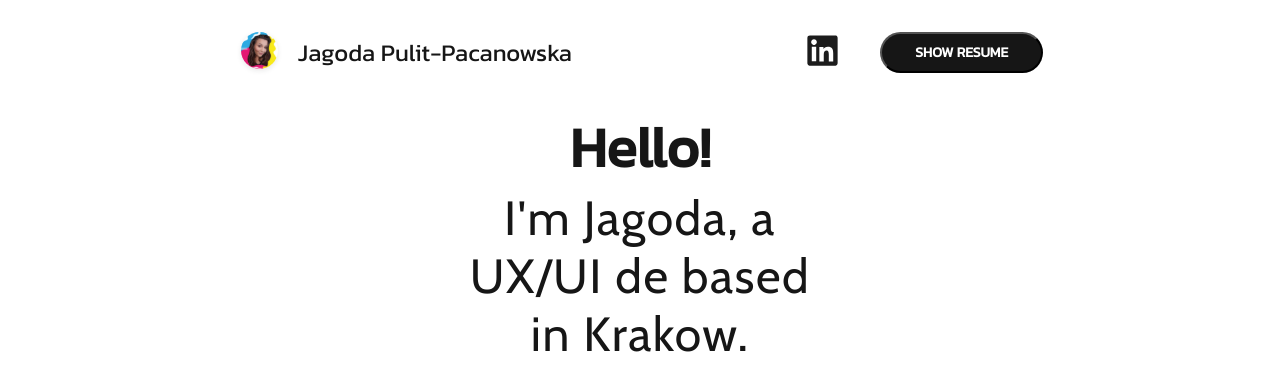
Repository: remigiuszpulit/ux-ui-portfolio
Page: /
These files come from the project's save history. The page is drawn as it stood at one moment and after the next save; the edit follows.
The browser window is 1280 px wide. The pictures show the whole page.
The project was rebuilt for these pictures with package versions that can differ from the ones it lists, and the page was loaded fresh each time.

Above is the page before, as saved 2022-09-23 01:47:50.

After the next save:
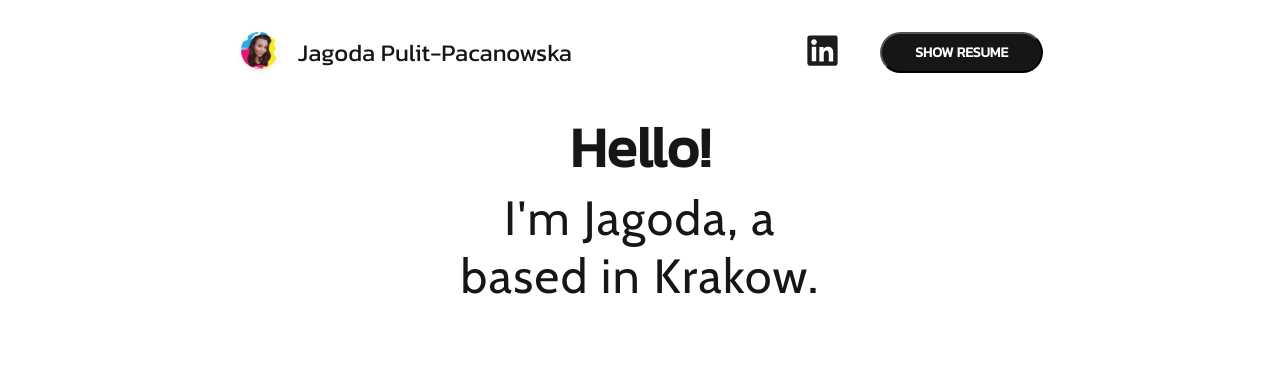
Saved 53 s later.
--- a/src/pages/index.js
+++ b/src/pages/index.js
@@ -17,7 +17,7 @@
                 setTimeout(() => {setText((prevState) =>  { console.log(i, prevState,  letters.at(-i));
                     const split = prevState.split('')
                     const popped = split.pop()
-                    return split.join('')}  )}, i * 300)
+                    return split.join('')}  )}, (i * 50) + 200)
                 }
         }, 3500)
     }
